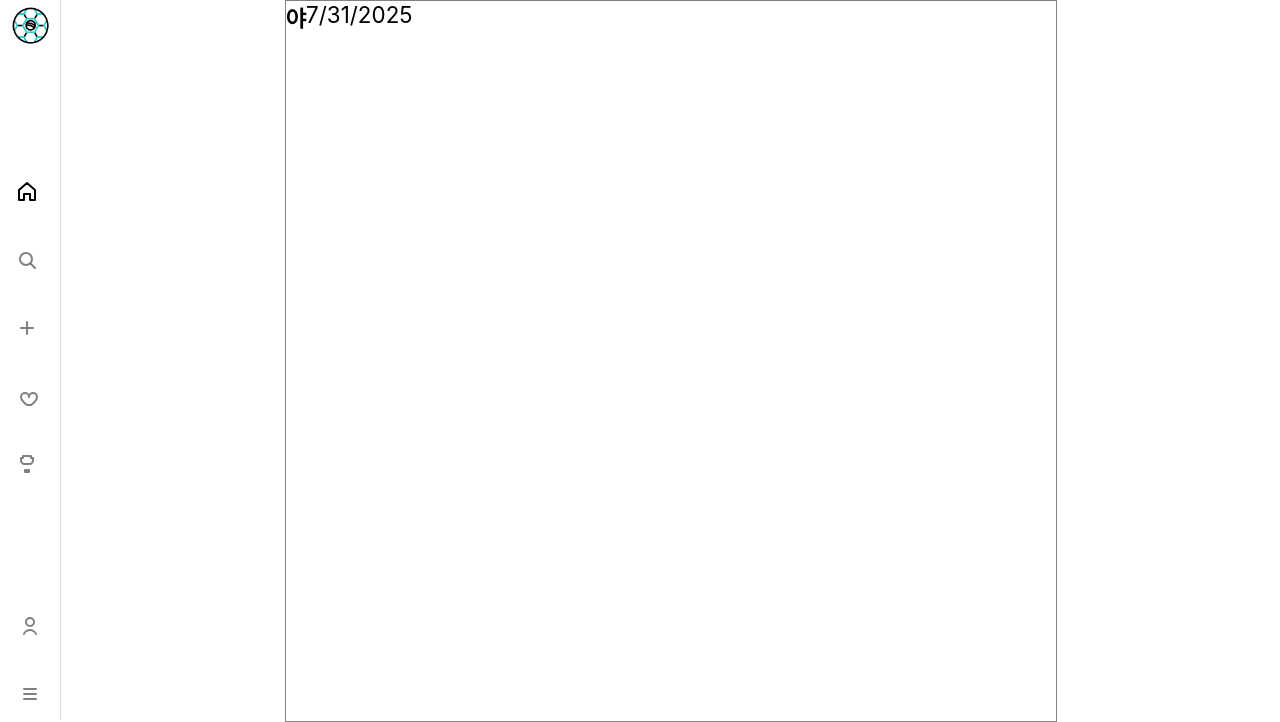
Repository: compick/compick_frontend
Page: /home
These files come from the project's save history. The page is drawn as it stood at one moment and after the next save; the edit follows.
The browser window is 1280 px wide. The pictures show the whole page.
The project was rebuilt for these pictures with package versions that can differ from the ones it lists, and the page was loaded fresh each time. Also part of the build but not shown: src/pages/login/LoginUser.js, src/pages/login/RegisterUser.js.

Above is the page before, as saved 2025-07-31 16:31:35.

After the next save:
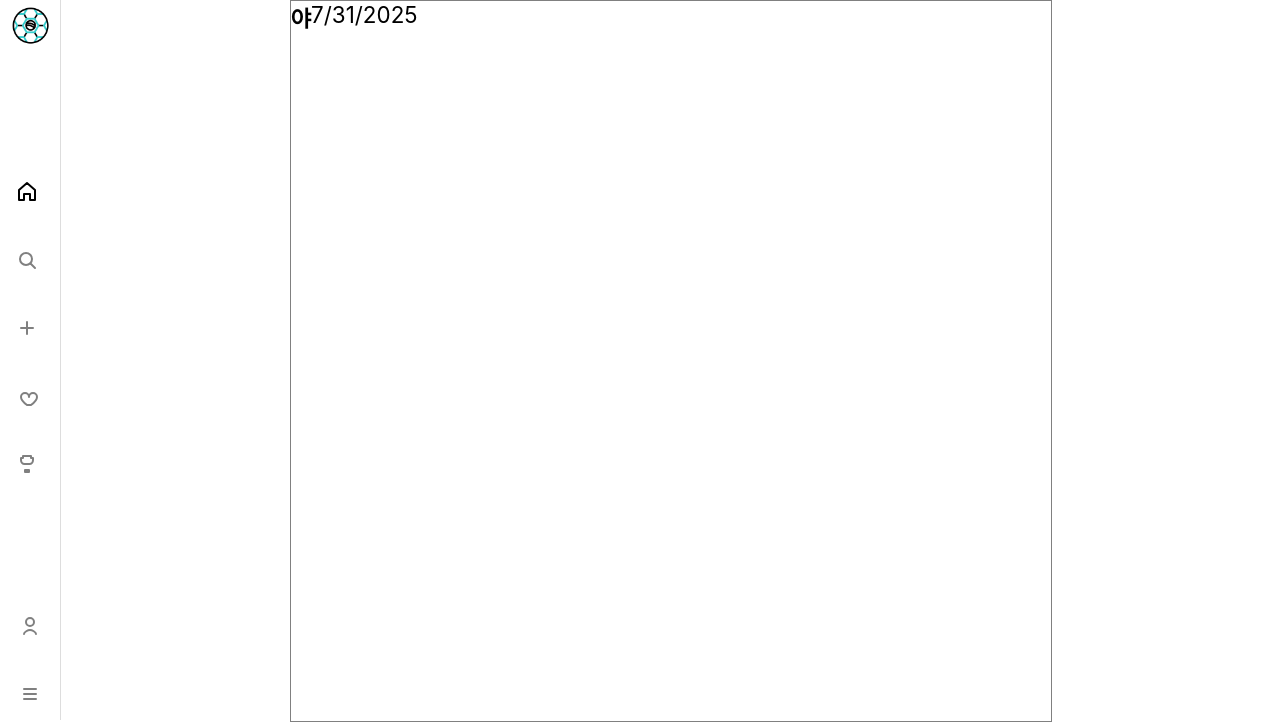
Saved 5 s later.
--- a/src/styles/body.css
+++ b/src/styles/body.css
@@ -5,7 +5,7 @@
     justify-content: center;
 }
 .bodyContainer .content{
-    width: 770px;
+    width: 760px;
     min-height: 100vh;
     border: 1px solid gray;
 }
